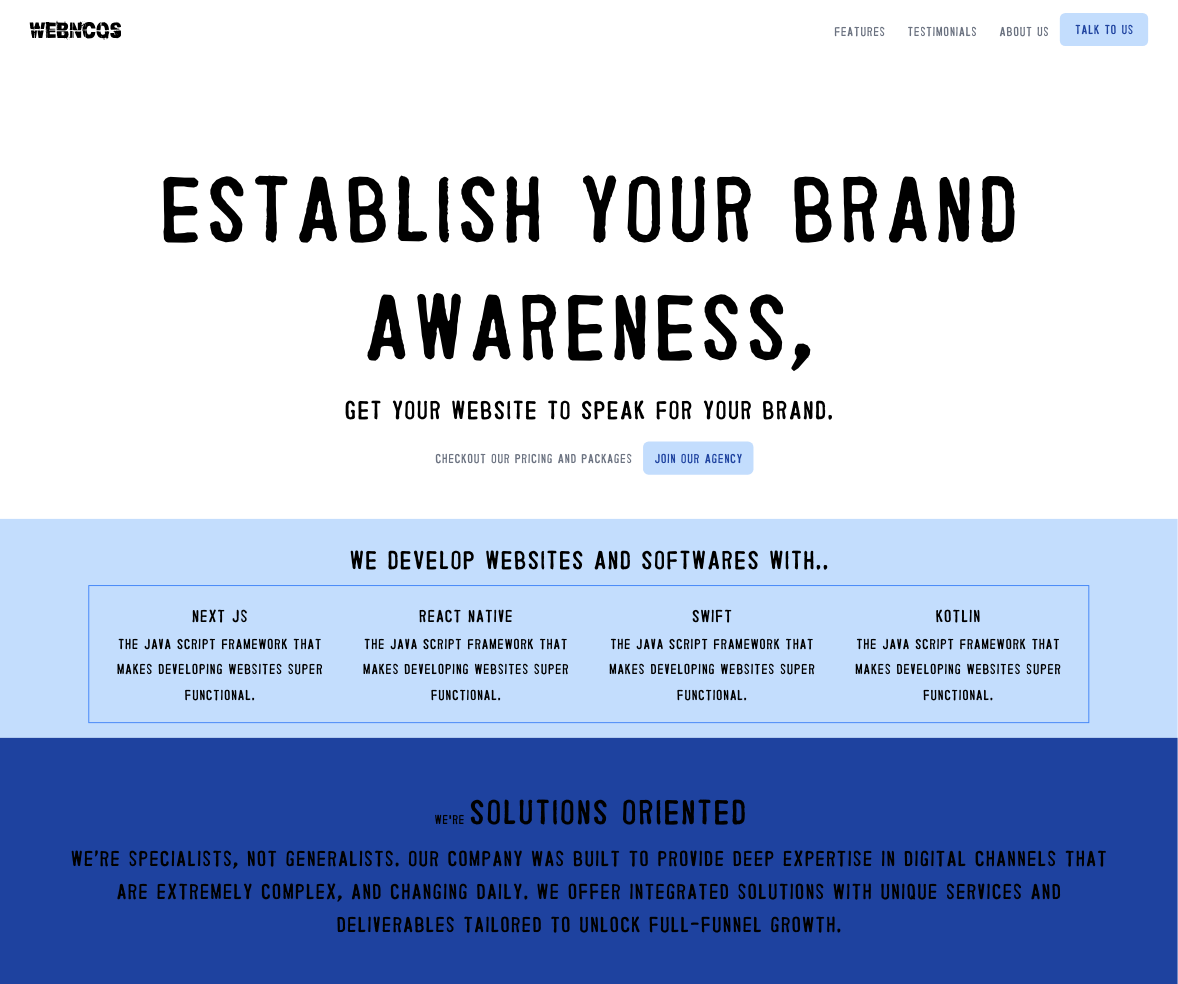
Repository: 1realjulius/webncos
Page: /
These files come from the project's save history. The page is drawn as it stood at one moment and after the next save; the edit follows.
The browser window is 1280 px wide. The pictures show the whole page, at 92% of full size.
The project was rebuilt for these pictures with package versions that can differ from the ones it lists, and the page was loaded fresh each time. The framework's server and built-in components were replaced by stand-ins that run in the browser. Also part of the build but not shown: next.config.js.

Above is the page before, as saved 2022-09-02 11:00:44.

After the next save:
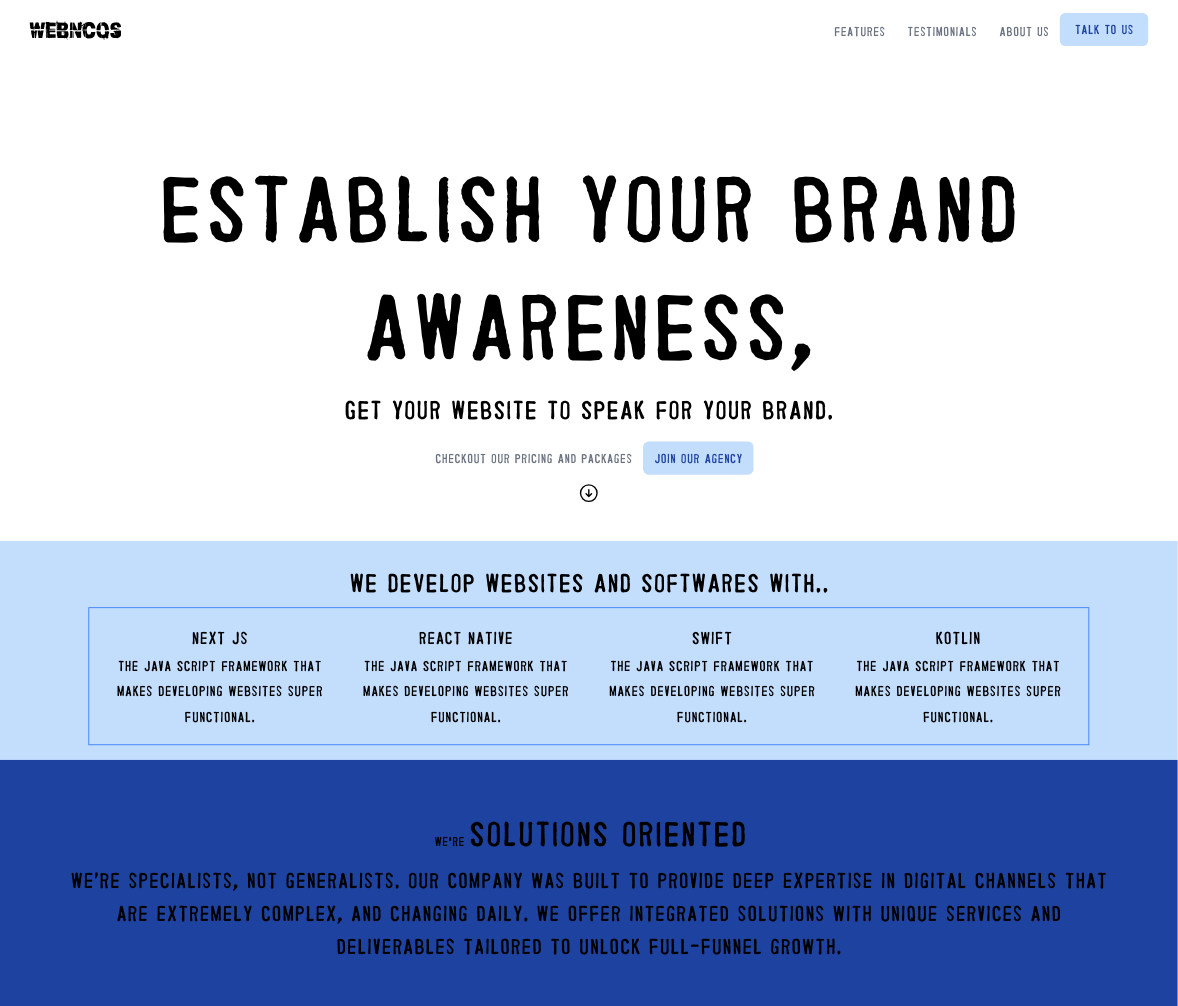
Saved 3 min 18 s later.
--- a/components/MainHome.tsx
+++ b/components/MainHome.tsx
@@ -34,14 +34,30 @@
               </div>
             </Link>
           </div>
+          <div>
+            <span>
+              <svg
+                xmlns="http://www.w3.org/2000/svg"
+                fill="none"
+                viewBox="0 0 24 24"
+                stroke-width="1.5"
+                stroke="currentColor"
+                className="w-6 h-6"
+              >
+                <path
+                  stroke-linecap="round"
+                  stroke-linejoin="round"
+                  d="M9 12.75l3 3m0 0l3-3m-3 3v-7.5M21 12a9 9 0 11-18 0 9 9 0 0118 0z"
+                />
+              </svg>
+            </span>
+          </div>
         </div>
       </div>
       {/* We develop brands */}
       <div className="flex flex-col bg-blue-200 p-4 px-4 md:px-24 items-center justify-center">
         <div className="py-2">
-          <h1 className="text-4xl">
-            WE DEVELOP WEBSITES AND SOFTWARES WITH..
-          </h1>
+          <h1 className="text-4xl">WE DEVELOP WEBSITES AND SOFTWARES WITH..</h1>
         </div>
         <div className="p-2 flex flex-col md:flex-row border border-blue-500">
           <div className="flex flex-row">
@@ -50,8 +66,10 @@
                 <h1 className="text-2xl">Next Js</h1>
               </div>
               <div>
-                <p className="text- base md:text-xl">The Java Script Framework that makes developing websites super
-                functional.</p>
+                <p className="text- base md:text-xl">
+                  The Java Script Framework that makes developing websites super
+                  functional.
+                </p>
               </div>
             </div>
             <div className="p-2 text-center">
@@ -59,8 +77,10 @@
                 <h1 className="text-2xl">React Native</h1>
               </div>
               <div>
-                <p className="text- base md:text-xl">The Java Script Framework that makes developing websites super
-                functional.</p>
+                <p className="text- base md:text-xl">
+                  The Java Script Framework that makes developing websites super
+                  functional.
+                </p>
               </div>
             </div>
           </div>
@@ -70,8 +90,10 @@
                 <h1 className="text-2xl">Swift</h1>
               </div>
               <div>
-                <p className="text- base md:text-xl">The Java Script Framework that makes developing websites super
-                functional.</p>
+                <p className="text- base md:text-xl">
+                  The Java Script Framework that makes developing websites super
+                  functional.
+                </p>
               </div>
             </div>
             <div className="p-2 text-center">
@@ -79,8 +101,10 @@
                 <h1 className="text-2xl">Kotlin</h1>
               </div>
               <div>
-                <p className="text- base md:text-xl">The Java Script Framework that makes developing websites super
-                functional.</p>
+                <p className="text- base md:text-xl">
+                  The Java Script Framework that makes developing websites super
+                  functional.
+                </p>
               </div>
             </div>
           </div>
@@ -89,7 +113,9 @@
       {/* Fameworks Used */}
       <div className="py-12 bg-blue-800">
         <div className="flex flex-col items-center justify-center mx-4">
-          <h1 className="text-5xl py-2 flex items-baseline"><p className="text-lg px-1">We're</p> SOLUTIONS ORIENTED</h1>
+          <h1 className="text-5xl py-2 flex items-baseline">
+            <p className="text-lg px-1">We're</p> SOLUTIONS ORIENTED
+          </h1>
           <p className="text-center text-2xl md:text-3xl md:px-14">
             We’re specialists, not generalists. Our company was built to provide
             deep expertise in digital channels that are extremely complex, and
